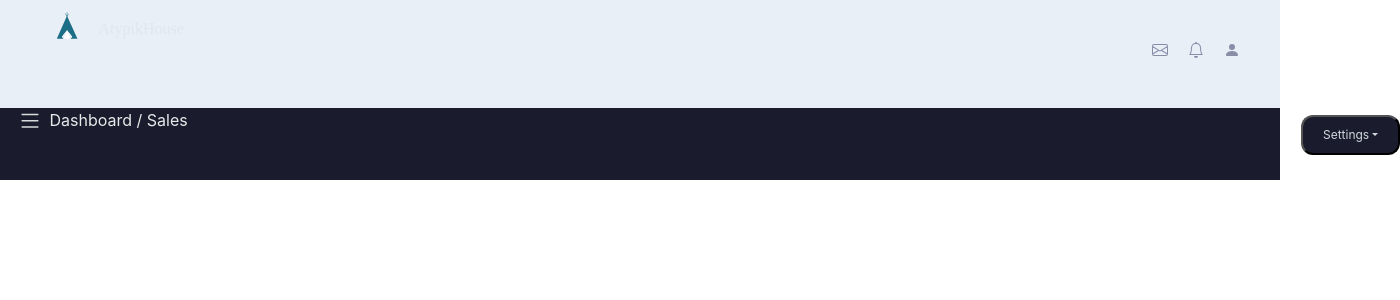
Repository: kifack/API-Symfony-AtypikHouse
Page: / (app in admin-frontend/)
The author's editor kept a copy of each file at every save. The page is drawn from the files as they stood at one save, then again after the next save.
The browser window is 1280 px wide. The page is 1400 px wide, so the pictures cover 1400 px, including what lies to the right of the window. The pictures show the whole page.
Some web libraries are served in a nearby version. The project was rebuilt for these pictures with package versions that can differ from the ones it lists, and the page was loaded fresh each time. Also part of the build but not shown: admin-frontend/src/css/Responsive.css, admin-frontend/src/css/admin/navbar.css, admin-frontend/src/components/template_parts/Header.js, admin-frontend/src/components/template_parts/Footer.js, admin-frontend/src/components/template_parts/Sidebar.js, admin-frontend/src/components/partials/LocationEntry.js, admin-frontend/src/components/template_parts/Spinner.js, admin-frontend/src/actions/location.js and 26 more.

Above is the page before, as saved 2020-10-01 22:14:27.

### admin-frontend/public/index.html
<!DOCTYPE html>
<html lang="en">
  <head>
    <meta charset="utf-8" />
    <link rel="icon" href="%PUBLIC_URL%/atypikhouse.ico" />
    <meta name="viewport" content="width=device-width, initial-scale=1" />
    <meta name="theme-color" content="#000000" />
    <meta
      name="description"
      content="Web site created using create-react-app"
    />
    <link
      rel="stylesheet"
      href="https://use.fontawesome.com/releases/v5.8.1/css/all.css"
      integrity="sha384-50oBUHEmvpQ+1lW4y57PTFmhCaXp0ML5d60M1M7uH2+nqUivzIebhndOJK28anvf"
      crossorigin="anonymous"
    />
    <!--
      manifest.json provides metadata used when your web app is installed on a
      user's mobile device or desktop. See https://developers.google.com/web/fundamentals/web-app-manifest/
    -->
    <!-- <link rel="manifest" href="%PUBLIC_URL%/manifest.json" /> -->
    <!--
      Notice the use of %PUBLIC_URL% in the tags above.
      It will be replaced with the URL of the `public` folder during the build.
      Only files inside the `public` folder can be referenced from the HTML.

      Unlike "/favicon.ico" or "favicon.ico", "%PUBLIC_URL%/favicon.ico" will
      work correctly both with client-side routing and a non-root public URL.
      Learn how to configure a non-root public URL by running `npm run build`.
    -->
    <script
      src="https://code.jquery.com/jquery-3.5.1.min.js"
      integrity="sha256-9/aliU8dGd2tb6OSsuzixeV4y/faTqgFtohetphbbj0="
      crossorigin="anonymous"
    ></script>
    <script src="https://stackpath.bootstrapcdn.com/bootstrap/4.5.2/js/bootstrap.min.js"></script>
    <script
      src="https://code.jquery.com/jquery-3.5.1.min.js"
      integrity="sha256-9/aliU8dGd2tb6OSsuzixeV4y/faTqgFtohetphbbj0="
      crossorigin="anonymous"
    ></script>

    <script src="https://stackpath.bootstrapcdn.com/bootstrap/4.5.2/js/bootstrap.min.js"></script>
    <title>AtypikHouse</title>
  </head>
  <body>
    <noscript>You need to enable JavaScript to run this app.</noscript>
    <div id="root"></div>
    <!--
      This HTML file is a template.
      If you open it directly in the browser, you will see an empty page.

      You can add webfonts, meta tags, or analytics to this file.
      The build step will place the bundled scripts into the <body> tag.

      To begin the development, run `npm start` or `yarn start`.
      To create a production bundle, use `npm run build` or `yarn build`.
    -->
  </body>
</html>

### admin-frontend/src/index.js
import React from 'react';
import ReactDOM from 'react-dom';
import App from './components/App';
import 'bootstrap/dist/css/bootstrap.min.css';
import { Provider } from 'react-redux';
import configureStore from './store/store';
import HeaderBack from './components/backend/HeaderBack';


const store = configureStore();
ReactDOM.render(
  <React.StrictMode>
    <Provider store={store}>
      <HeaderBack />
    </Provider>

  </React.StrictMode>,
  document.getElementById('root')
);

### admin-frontend/src/store/store.js
import { createStore, applyMiddleware } from "redux";
import { composeWithDevTools } from "redux-devtools-extension";
import thunk from "redux-thunk";
import rootReducer from "../reducers";

const configureStore = () => {
  const initialState = {};

  const middleware = [thunk];

  const store = createStore(
    rootReducer,
    initialState,
    composeWithDevTools(applyMiddleware(...middleware))
  );
  return store;
};

export default configureStore;

### admin-frontend/src/components/backend/HeaderBack.js
import React from "react";
import { Navbar, Nav, Image, Row, Container, Col } from "react-bootstrap";
import { BsBell, BsEnvelope, BsFillPersonFill, BsList } from "react-icons/bs";
import { FaSistrix } from "react-icons/fa";
import logo from './../../media/logonegatif.svg';


class HeaderBack extends React.Component{
    render(){
        return(

            <header>
            <Navbar>

                <div className="blue-sky menuhaut">
                <Container >
                <Row className="align-items-center">
                    <Col>
                        <Nav.Link><Image class="logo"src={logo}/><span class="titlesite">AtypikHouse</span></Nav.Link>
                    </Col>
                    <Col>

                    </Col>
                    <Col className="d-flex justify-content-end">
                        <Nav.Link><BsEnvelope className="icon-env"/></Nav.Link>
                        <Nav.Link><BsBell className="icon-bell"/></Nav.Link>
                        <Nav.Link><BsFillPersonFill className="icon-person"/></Nav.Link>
                    </Col>
                </Row >
                </Container>
                </div>

                    <div class="blue-sky sous-header">
                    <Container>
                    <Row className="align-items-center">

                        <Col className="float-left">
                        <BsList class="icon-list"/>
                        <span className="titlelist"> Dashboard / Sales</span>
                        </Col>

                        <Col>
                        <button className="dropdown-toggle" type="button" id="setting">Settings</button>
                        </Col>


                    </Row>
                    </Container>
                    </div>

            </Navbar>
         </header>


        )
    }

}

export default HeaderBack;

### admin-frontend/src/utils/setAuthToken.js
import api from "./api";

const setAuthToken = (token) => {
  if (token) {
    console.log("setting...");
    api.defaults.headers.common.authorization = "Bearer " + token;
    localStorage.setItem("token", token);
  } else {
    console.log("deleting...");
    delete api.defaults.headers.common["Authorization"];
    localStorage.removeItem("token");
  }
};

export default setAuthToken;

### admin-frontend/src/css/App.css
:root {
  --primaryColor: #1c6e86;
  --secondaryColor :#060818;
  --tierColor: #1e2020;
  --white: #ffffff;
}

* {
  margin: 0;
  padding: 0;
  box-sizing: border-box;
}

@font-face {
  font-family: "title-logo";
  src: url("./../polices/vagnotie.otf");
}
@font-face {
  font-family: "title-block";
  src: url("./../polices/Vogue.ttf");
}
@font-face {
  font-family: "title-secondaire";
  src: url("./../polices/ArcaMajora3-Bold.otf");
}
@font-face {
  font-family : "sans-serifSpe";
  src: url("./../polices/Myriad-Pro_31655.ttf");
}

.blue-sky {
  background-color: var(--secondaryColor);
}
body .blue-Marine {
  background-color: var(--primaryColor);
}

.titleBlock {
  font-family: "title-block";
  padding-top: 30px;
  font-size: 1.3rem;
  color: var(--tiercolor);
}
.titleConte{
  text-align: center;
}
.btnNb{
  padding: 10px 20px;
  text-decoration: none;
  border-radius: 20px;
  font-family: "title-secondaire";
  font-size: 1rem;
}
.secondaryNb {
  color: var(--secondaryColor);
}
.btnNb:hover {
  text-decoration: none;
  color: var(--primaryColor);
  background-color: var(--secondaryColor);
}
.conteneurBtn {
  padding-top: 20px;
}
img {
  width: 100%;
}


/*********************************************************** Header backend ************************************************************************************/













/* ################################# Header ###########################*/
header .navbar{
  padding: 0;
  margin: 0;
  display: block;
}

header .menuhaut{
  height: 15vh;
  padding: 0;
  margin: 0;
}
header .menuhaut .col:first-child{
  width: 30%;
  height: 15vh;

}
header .menuhaut .col:nth-child(2){
  width: 30%;
  height: 8vh;

}
header .menuhaut .col:nth-child(3){
  width: 30%;
  height: 5vh;

}
header .menuhaut .col:nth-child(3) .nav-link{
  padding-left: 10px;
  padding-right: 10px;
  padding-top: 0px;
  padding-bottom: 10px;

}

header .menuhaut .row{
  width: 100%;
  height: 15vh;
  margin: 0;
  padding: 0;

}
header .menuhaut .container{
  max-width: 100% ;
  margin: 0;

}

header .container img {
  width: 12%;
  margin-right: 10px;

}

.titlesite, .logo{

  color: #e0e6ed;
  width: 30px;
  font-family: "title-secondair";
  font-size: 1.0rem;
}

.icon-env, .icon-bell, .icon-person {
  color: #888ea8;
}
.icon-list{
  color: #d9dadc;
  width: 30px;
  height: 25px;
 }

/*######  sous header ######*/

header .sous-header{
 height: 40px;

}

header .sous-header .col:first-child{
  width: 30%;
  height: 10vh;


}
header .sous-header .col:nth-child(2){
  width: 30%;
  height: 8vh;

}

button#setting {
  background-color: #1a1c2d;
  color: #d2d8df;
  font-size: 12px;
  width: 20%;
  height: 40px;
  border-radius: 12px;
  margin-left:760px;
  }


header .sous-header .container{
  max-width: 100% ;
  background-color: #1a1c2d;


}
span.titlelist{
  padding: 0;
  margin: 0;
  color: #e9e9ea;

}




/*

input{
  background-color: #0e1726;
  border: 0px;
  border-radius: 10px;
  height: 40px;
  width: 60%;
}

button{
  background-color: #0e1726;
  border: 0px;
  border-radius: 10px;
  height: 40px;
}


button#setting {
  background-color: #1a1c2d;
  color: #d2d8df;
  font-size: 10px;
  width: 20%;
  border-radius: 12px;

  }

  .titlelist{
    color: #e9e9ea;
   }
*/

### admin-frontend/src/reducers/index.js
import { combineReducers } from "redux";
import auth from "./auth";
import location from "./location";
import user from "./user";
import comment from "./comment";
import destination from "./destination";
import category from "./category";
import thematic from "./thematic";
import field from "./field";

export default combineReducers({
  auth,
  location,
  user,
  comment,
  destination,
  category,
  thematic,
  field,
});

### admin-frontend/src/utils/api.js
import axios from "axios";
import store from "../store/store";
import { LOGOUT } from "../actions/types";

const api = axios.create({
  baseURL: "http://localhost:8000/api/v01",
  // baseURL: "http://api.f2i-dev2-ami-bc-akb-vyk.fr/api/v01",
  headers: {
    "Content-Type": "application/json",
    Accept: "application/json",
  },
});

const { dispatch } = store;

export default api;

### admin-frontend/src/css/sidebar.css
:root {
  --primaryColor: #0090d9;
  --secondaryColor: #e8f1f8;
  --tierColor: #1e2020;
  --white: #ffffff;
}

.sidebar {
  width: 240px;
  min-height: 100vh;
  transition: 0.4s;
  transition-property: width;
  background-color: #fff;

  /* background-image: linear-gradient(180deg, #4e73df 10%, #224abe 100%); */
  /* overflow-y: auto; */
}

.sidebar ul {
  /* color: var(--primaryColor); */
  height: 100%;
  width: 100%;
  list-style: none;
}
.sidebar .menu li {
  line-height: 60px;
  border-bottom: 1px solid #bdb8d7;
  border-bottom: 1px solid rgba(0, 0, 0, 0.05);
  border-top: 1px solid rgba(255, 255, 255, 0.05);
}
.sidebar .menu li:last-child {
  border-bottom: 1px solid rgba(255, 255, 255, 0.05);
}
.sidebar .menu li a {
  position: relative;
  text-decoration: none;
  color: #6c757d;
  font-size: 16px;
  padding-left: 20px;
  font-weight: 500;
  display: block;
  width: 100%;
  border-left: 3px solid transparent;
}
.sidebar .menu li a > i {
  color: var(--primaryColor);
  padding-right: 8px;
}
.sidebar .menu li.active a {
  color: #fff;
  background: #4e73df;
  /* border-left-color: #000; */
}
.sidebar .menu li a:hover {
  /* background-color: #4e73df; */
  opacity: 0.9;
  color: var(--primaryColor);
}
.sidebar .menu ul {
  position: static;
  display: none;
  background-color: #fff;
}

.sidebar .menu ul li {
  line-height: 50px;
  border-top: none;
  color: var(--primaryColor);
}

.sidebar ul li a .item {
  /* margin-left: 15px; */
  transition: 0.4s;
  transition-property: display;
}
.sidebar .menu ul li a {
  font-size: 15px;
  color: #6c757d;
  padding-left: 50px;
}
.sidebar .menu li.active ul li a {
  color: #e6e6e6;
  background: #1b1b1b;
  border-left-color: transparent;
}
.sidebar .menu ul li a:hover {
  border-left-color: var(--primaryColor);
  border-left-width: 5px;
}
.sidebar li a .caret-menu {
  position: absolute;
  top: 50%;
  right: 20px;
  transform: translateY(-50%);
  font-size: 18px;
  transition: transform 0.7s;
}
.sidebar li a span.rotate {
  transform: translateY(-50%) rotate(-180deg);
}

.wrapper.collapse-sidebar .sidebar {
  width: 70px;
}

.wrapper.collapse-sidebar .main_content {
  width: calc(100% - 70px);
}

.wrapper.collapse-sidebar .sidebar .item,
.submenu,
.wrapper.collapse-sidebar .sidebar .submenu li {
  display: none;
}

### admin-frontend/src/css/card.css
/* Navigation tabs */
:root {
  --primaryColor: #0090d9;
  --secondaryColor: #e8eff7;
  --tierColor: #1e2020;
  --white: #ffffff;
}
.tabs {
  /* width: 730px; */
  height: 100vh;
  overflow: hidden;
  border-radius: 5px;
  box-shadow: 5px 10px 5px #ccc;
  border: 1px solid #eee;
  margin-right: 10px;
}
.tabs .tab-header {
  /* height: 40px; */
  display: flex;
  align-items: center;
  width: 100%;
  padding: 15px;
  /* border: 1px solid #eee; */
}

.tabs .tab-header > div {
  width: calc(100% / 2);
  text-align: center;
  color: #888;
  font-weight: 600;
  cursor: pointer;
  font-size: 14px;
  text-transform: uppercase;
  outline: none;
}
/* .tabs .tab-header > div > i {
  display: block;
  margin-bottom: 5px;
} */
.tabs .tab-header > div.active {
  color: var(--primaryColor);
}
.tabs .tab-indicator {
  position: relative;
  width: calc(100% / 2);
  height: 5px;
  background: var(--primaryColor);
  left: 0px;
  border-radius: 5px;
  transition: all 500ms ease-in-out;
}
.tabs .tab-body {
  position: relative;
  height: calc(100% - 60px);
  padding: 10px 5px;
}
.tabs .tab-body > div {
  padding: 20px;
  position: absolute;
  width: 100%;
  top: -200%;
  opacity: 0;
  transform: scale(0.9);
  transition: opacity 500ms ease-in-out 0ms, transform 500ms ease-in-out 0ms;
}
.tabs .tab-body > div.active {
  top: 0px;
  opacity: 1;
  transform: scale(1);
}

/* Display location  */
.img-container {
  position: relative;
}
/* Next & previous buttons */
.prev,
.next {
  cursor: pointer;
  position: absolute;
  text-decoration: none !important;
  top: 50%;
  width: auto;
  margin-top: -22px;
  padding: 16px;
  color: white !important;
  font-weight: bold;
  font-size: 18px;
  transition: 0.6s ease;
  border-radius: 0 3px 3px 0;
  user-select: none;
}

/* Position the "next button" to the right */
.next {
  right: 0;
  border-radius: 3px 0 0 3px;
}
.prev {
  left: 0;
}

/* On hover, add a black background color with a little bit see-through */
.prev:hover,
.next:hover {
  background-color: rgba(0, 0, 0, 0.8);
}
/* Fading animation */
.custom-fade {
  -webkit-animation-name: fade;
  -webkit-animation-duration: 1.5s;
  animation-name: fade;
  animation-duration: 1.5s;
}

@-webkit-keyframes fade {
  from {
    opacity: 0.4;
  }
  to {
    opacity: 1;
  }
}

@keyframes fade {
  from {
    opacity: 0.4;
  }
  to {
    opacity: 1;
  }
}

### admin-frontend/src/reducers/auth.js
import {
  LOAD_USER_REQUEST,
  USER_LOADED,
  AUTH_ERROR,
  LOGIN_REQUEST,
  LOGIN_SUCCESS,
  LOGIN_FAIL,
  LOGOUT,
} from "../actions/types";
import setAuthToken from "../utils/setAuthToken";

const initialState = {
  token: localStorage.getItem("token"),
  isAuthenticated: false,
  loading: false,
  user: null,
  isLogining: false,
  error: null,
};

export default function (state = initialState, action) {
  const { type, payload } = action;

  switch (type) {
    case LOAD_USER_REQUEST:
      return {
        ...state,
        loading: true,
      };
    case USER_LOADED:
      if (payload.roles.indexOf("ROLE_ADMIN") >= 0) {
        return {
          ...state,
          isAuthenticated: true,
          loading: false,
          user: payload,
        };
      } else {
        return {
          ...state,
          isAuthenticated: false,
          loading: false,
          error: "Vous n'avez pas des droits d'accés",
        };
      }
    case LOGIN_REQUEST:
      return {
        ...state,
        isLogining: true,
      };
    case LOGIN_SUCCESS:
      if (payload.user.roles.indexOf("ROLE_ADMIN") >= 0) {
        localStorage.setItem("token", payload.token);
        setAuthToken(payload.token);
        return {
          ...state,
          isAuthenticated: true,
          isLogining: false,
          user: payload.user,
        };
      } else {
        return {
          ...state,
          isAuthenticated: false,
          isLogining: false,
          error: "Vous n'avez pas des droits d'accéss",
        };
      }

    case AUTH_ERROR:
    case LOGOUT:
      console.log("logout");
      localStorage.removeItem("token");
      return {
        ...state,
        token: null,
        isAuthenticated: false,
        loading: false,
        user: null,
        error: payload,
      };

    case LOGIN_FAIL:
      return {
        ...state,
        isLogining: false,
        error: payload.message,
      };

    default:
      return state;
  }
}

### admin-frontend/src/reducers/location.js
import {
  LOAD_LOCATIONS,
  LOAD_LOCATIONS_SUCCESS,
  LOAD_LOCATIONS_ERROR,
  VALIDATE_LOCATION,
  VALIDATE_LOCATION_ERROR,
  DEACTIVATE_LOCATION,
  DEACTIVATE_LOCATION_ERROR,
  LOAD_LOCATION,
  LOAD_LOCATION_SUCCESS,
  LOAD_LOCATION_ERROR,
} from "../actions/types";

const initialState = {
  locations: [],
  location: null,
  loading: false,
  loadingLocation: true,
};

export default function (state = initialState, action) {
  const { type, payload } = action;
  let index, locations;

  switch (type) {
    case LOAD_LOCATIONS:
      return {
        ...state,
        loading: true,
      };
    case LOAD_LOCATIONS_SUCCESS:
      return {
        ...state,
        locations: payload,
        loading: false,
      };

    case LOAD_LOCATION:
      return {
        ...state,
        loadingLocation: true,
        location: null,
      };
    case LOAD_LOCATION_SUCCESS:
      return {
        ...state,
        location: payload,
        loadingLocation: false,
      };
    case VALIDATE_LOCATION:
      index = state.locations.findIndex((item) => item.id === payload);
      locations = state.locations;
      locations[index].status = 1;

      return {
        ...state,
        locations: [...locations],
        loading: false,
      };
    case DEACTIVATE_LOCATION:
      index = state.locations.findIndex((item) => item.id === payload);
      locations = state.locations;
      locations[index].status = 2;

      return {
        ...state,
        locations: [...locations],
        loading: false,
      };

    default:
      return state;
  }
}

### admin-frontend/src/reducers/user.js
import {
  LOAD_USERS,
  LOAD_USERS_ERROR,
  LOAD_USERS_SUCCESS,
  LOAD_USER,
  LOAD_USER_SUCCESS,
  LOAD_USER_ERROR,
  TOGGLE_SIDEBAR,
  ACTIVATE_USER,
  ACTIVATE_USER_ERROR,
  DEACTIVATE_USER,
  DEACTIVATE_USER_ERROR,
} from "../actions/types";

const initialState = {
  users: [],
  user: null,
  loading: false,
  loadingUser: true,
  showSidebar: true,
};

export default function (state = initialState, action) {
  const { type, payload } = action;
  let index, users;

  switch (type) {
    case LOAD_USERS:
      return {
        ...state,
        loading: true,
      };
    case LOAD_USERS_SUCCESS:
      return {
        ...state,
        users: payload,
        loading: false,
      };

    case LOAD_USER:
      return {
        ...state,
        user: null,
        loadingUser: true,
      };
    case LOAD_USER_SUCCESS:
      return {
        ...state,
        user: payload,
        loadingUser: false,
      };
    case ACTIVATE_USER:
      index = state.users.findIndex((item) => item.id === payload);
      users = state.users;
      users[index].status = 1;

      return {
        ...state,
        users: [...users],
        loading: false,
      };
    case DEACTIVATE_USER:
      index = state.users.findIndex((item) => item.id === payload);
      users = state.users;
      users[index].status = 0;

      return {
        ...state,
        users: [...users],
        loading: false,
      };

    case TOGGLE_SIDEBAR:
      return {
        ...state,
        showSidebar: !state.showSidebar,
      };

    default:
      return state;
  }
}

### admin-frontend/src/reducers/comment.js
import {
  LOAD_COMMENTS,
  LOAD_COMMENTS_SUCCESS,
  LOAD_COMMENTS_ERROR,
  DELETE_COMMENT,
  DELETE_COMMENT_ERROR,
} from "../actions/types";

const initialState = {
  comments: [],
  loading: false,
};

export default function (state = initialState, action) {
  const { type, payload } = action;

  switch (type) {
    case LOAD_COMMENTS:
      return {
        ...state,
        loading: true,
      };

    case LOAD_COMMENTS_SUCCESS:
      return {
        ...state,
        comments: payload,
        loading: false,
      };
    case DELETE_COMMENT:
      let filteredComments = state.comments.filter(
        (item) => item.id !== payload
      );
      return {
        ...state,
        comments: [...filteredComments],
        loading: false,
      };

    default:
      return state;
  }
}

### admin-frontend/src/reducers/destination.js
import {
  LOAD_DESTINATIONS,
  LOAD_DESTINATIONS_SUCCESS,
  LOAD_DESTINATIONS_ERROR,
  ADD_DESTINATION,
  ADD_DESTINATION_ERROR,
} from "../actions/types";

const initialState = {
  destinations: [],
  loading: false,
};

export default function (state = initialState, action) {
  const { type, payload } = action;

  switch (type) {
    case ADD_DESTINATION:
      return {
        ...state,
        destinations: [...state.destinations, payload],
        loading: false,
      };
    case LOAD_DESTINATIONS:
      return {
        ...state,
        loading: true,
      };
    case LOAD_DESTINATIONS_SUCCESS:
      return {
        ...state,
        destinations: payload,
        loading: false,
      };

    default:
      return state;
  }
}

### admin-frontend/src/reducers/category.js
import {
  LOAD_CATEGORIES,
  LOAD_CATEGORIES_SUCCESS,
  LOAD_CATEGORIES_ERROR,
  ADD_CATEGORY,
  ADD_CATEGORY_ERROR,
} from "../actions/types";

const initialState = {
  categories: [],
  loading: false,
};

export default function (state = initialState, action) {
  const { type, payload } = action;

  switch (type) {
    case LOAD_CATEGORIES:
      return {
        ...state,
        loading: true,
      };
    case LOAD_CATEGORIES_SUCCESS:
      return {
        ...state,
        categories: [...payload],
        loading: false,
      };
    case ADD_CATEGORY:
      return {
        ...state,
        categories: [...state.categories, payload],
        loading: false,
      };

    default:
      return state;
  }
}

### admin-frontend/src/reducers/thematic.js
import {
  LOAD_THEMATICS,
  LOAD_THEMATICS_SUCCESS,
  LOAD_THEMATICS_ERROR,
  ADD_THEMATIC,
  ADD_THEMATIC_ERROR,
} from "../actions/types";

const initialState = {
  thematics: [],
  loading: false,
};

export default function (state = initialState, action) {
  const { type, payload } = action;

  switch (type) {
    case ADD_THEMATIC:
      return {
        ...state,
        thematics: [...state.thematics, payload],
        loading: false,
      };

    case LOAD_THEMATICS:
      return {
        ...state,
        loading: true,
      };

    case LOAD_THEMATICS_SUCCESS:
      return {
        ...state,
        thematics: payload,
        loading: false,
      };

    default:
      return state;
  }
}

### admin-frontend/src/reducers/field.js
import {
  LOAD_FIELDS,
  LOAD_FIELDS_ERROR,
  ADD_FIELD,
  ADD_FIELD_ERROR,
} from "../actions/types";

const initialState = {
  fields: [],
  loading: true,
};

export default function (state = initialState, action) {
  const { type, payload } = action;

  switch (type) {
    case LOAD_FIELDS:
      return {
        ...state,
        fields: [...payload],
        loading: false,
      };
    case ADD_FIELD:
      return {
        ...state,
        fields: [...state.fields, payload],
        loading: false,
      };

    default:
      return state;
  }
}

### admin-frontend/src/css/spinner.css
/* https://projects.lukehaas.me/css-loaders/ */
:root {
  --primaryColor: #0090d9;
  --secondaryColor: #e8eff7;
  --tierColor: #1e2020;
  --white: #ffffff;
}

.spinner {
  width: 100%;
  height: 100%;
  display: flex;
  align-items: center;
  justify-content: center;
  /* background-color: rgb(0, 0, 0); */
  /* background-color: #eee; */
}

.loader {
  color: var(--primaryColor);
  font-size: 20px;
  margin: 100px auto;
  width: 1em;
  height: 1em;
  border-radius: 50%;
  position: relative;
  text-indent: -9999em;
  -webkit-animation: load4 1.3s infinite linear;
  animation: load4 1.3s infinite linear;
  -webkit-transform: translateZ(0);
  -ms-transform: translateZ(0);
  transform: translateZ(0);
}
@-webkit-keyframes load4 {
  0%,
  100% {
    box-shadow: 0 -3em 0 0.2em, 2em -2em 0 0em, 3em 0 0 -1em, 2em 2em 0 -1em,
      0 3em 0 -1em, -2em 2em 0 -1em, -3em 0 0 -1em, -2em -2em 0 0;
  }
  12.5% {
    box-shadow: 0 -3em 0 0, 2em -2em 0 0.2em, 3em 0 0 0, 2em 2em 0 -1em,
      0 3em 0 -1em, -2em 2em 0 -1em, -3em 0 0 -1em, -2em -2em 0 -1em;
  }
  25% {
    box-shadow: 0 -3em 0 -0.5em, 2em -2em 0 0, 3em 0 0 0.2em, 2em 2em 0 0,
      0 3em 0 -1em, -2em 2em 0 -1em, -3em 0 0 -1em, -2em -2em 0 -1em;
  }
  37.5% {
    box-shadow: 0 -3em 0 -1em, 2em -2em 0 -1em, 3em 0em 0 0, 2em 2em 0 0.2em,
      0 3em 0 0em, -2em 2em 0 -1em, -3em 0em 0 -1em, -2em -2em 0 -1em;
  }
  50% {
    box-shadow: 0 -3em 0 -1em, 2em -2em 0 -1em, 3em 0 0 -1em, 2em 2em 0 0em,
      0 3em 0 0.2em, -2em 2em 0 0, -3em 0em 0 -1em, -2em -2em 0 -1em;
  }
  62.5% {
    box-shadow: 0 -3em 0 -1em, 2em -2em 0 -1em, 3em 0 0 -1em, 2em 2em 0 -1em,
      0 3em 0 0, -2em 2em 0 0.2em, -3em 0 0 0, -2em -2em 0 -1em;
  }
  75% {
    box-shadow: 0em -3em 0 -1em, 2em -2em 0 -1em, 3em 0em 0 -1em, 2em 2em 0 -1em,
      0 3em 0 -1em, -2em 2em 0 0, -3em 0em 0 0.2em, -2em -2em 0 0;
  }
  87.5% {
    box-shadow: 0em -3em 0 0, 2em -2em 0 -1em, 3em 0 0 -1em, 2em 2em 0 -1em,
      0 3em 0 -1em, -2em 2em 0 0, -3em 0em 0 0, -2em -2em 0 0.2em;
  }
}
@keyframes load4 {
  0%,
  100% {
    box-shadow: 0 -3em 0 0.2em, 2em -2em 0 0em, 3em 0 0 -1em, 2em 2em 0 -1em,
      0 3em 0 -1em, -2em 2em 0 -1em, -3em 0 0 -1em, -2em -2em 0 0;
  }
  12.5% {
    box-shadow: 0 -3em 0 0, 2em -2em 0 0.2em, 3em 0 0 0, 2em 2em 0 -1em,
      0 3em 0 -1em, -2em 2em 0 -1em, -3em 0 0 -1em, -2em -2em 0 -1em;
  }
  25% {
    box-shadow: 0 -3em 0 -0.5em, 2em -2em 0 0, 3em 0 0 0.2em, 2em 2em 0 0,
      0 3em 0 -1em, -2em 2em 0 -1em, -3em 0 0 -1em, -2em -2em 0 -1em;
  }
  37.5% {
    box-shadow: 0 -3em 0 -1em, 2em -2em 0 -1em, 3em 0em 0 0, 2em 2em 0 0.2em,
      0 3em 0 0em, -2em 2em 0 -1em, -3em 0em 0 -1em, -2em -2em 0 -1em;
  }
  50% {
    box-shadow: 0 -3em 0 -1em, 2em -2em 0 -1em, 3em 0 0 -1em, 2em 2em 0 0em,
      0 3em 0 0.2em, -2em 2em 0 0, -3em 0em 0 -1em, -2em -2em 0 -1em;
  }
  62.5% {
    box-shadow: 0 -3em 0 -1em, 2em -2em 0 -1em, 3em 0 0 -1em, 2em 2em 0 -1em,
      0 3em 0 0, -2em 2em 0 0.2em, -3em 0 0 0, -2em -2em 0 -1em;
  }
  75% {
    box-shadow: 0em -3em 0 -1em, 2em -2em 0 -1em, 3em 0em 0 -1em, 2em 2em 0 -1em,
      0 3em 0 -1em, -2em 2em 0 0, -3em 0em 0 0.2em, -2em -2em 0 0;
  }
  87.5% {
    box-shadow: 0em -3em 0 0, 2em -2em 0 -1em, 3em 0 0 -1em, 2em 2em 0 -1em,
      0 3em 0 -1em, -2em 2em 0 0, -3em 0em 0 0, -2em -2em 0 0.2em;
  }
}

Loaded but not shown: admin-frontend/src/actions/types.js (79 lines, source omitted)

After the next save:
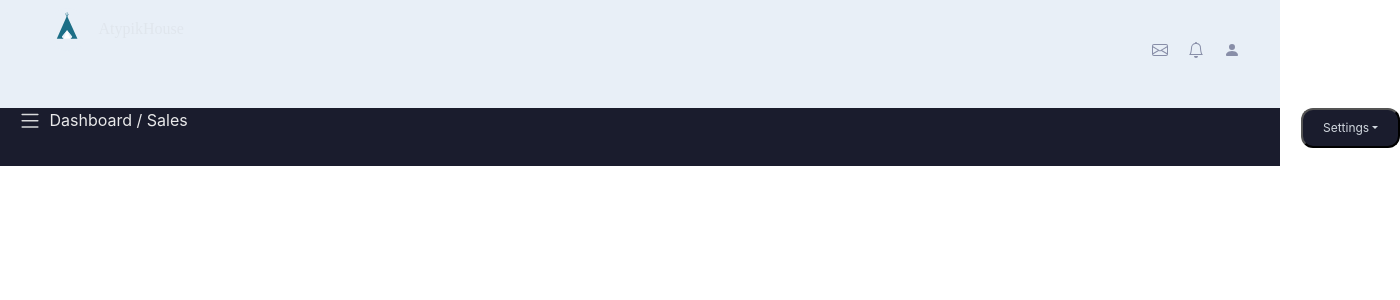
Saved 7 s later.
--- a/admin-frontend/src/css/App.css
+++ b/admin-frontend/src/css/App.css
@@ -161,7 +161,7 @@ header .sous-header{
 
 header .sous-header .col:first-child{
   width: 30%;
-  height: 10vh;
+  height: 8vh;
 
 
 }
